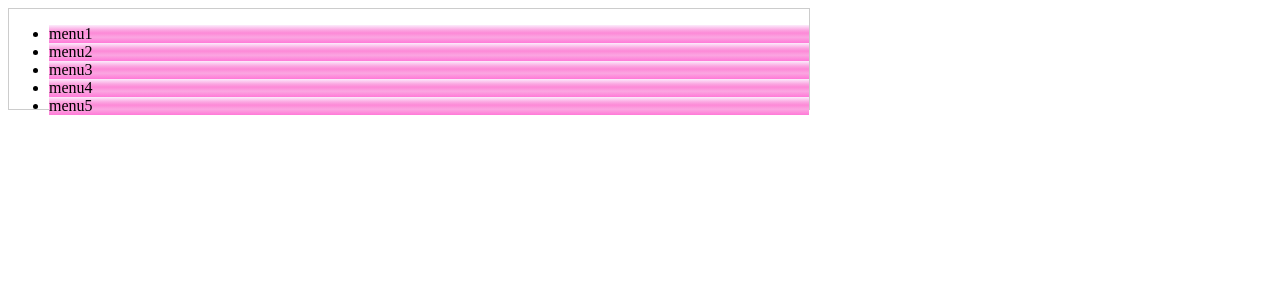
Repository: luna2222/web
Page: 01HTML5/WebContent/[11강]CSS3속성3/11_06_01.html
These files come from the project's save history. The page is drawn as it stood at one moment and after the next save; the edit follows.
The browser window is 1280 px wide. The pictures show the whole page.

Above is the page before, as saved 2019-02-21 01:03:03.

After the next save:
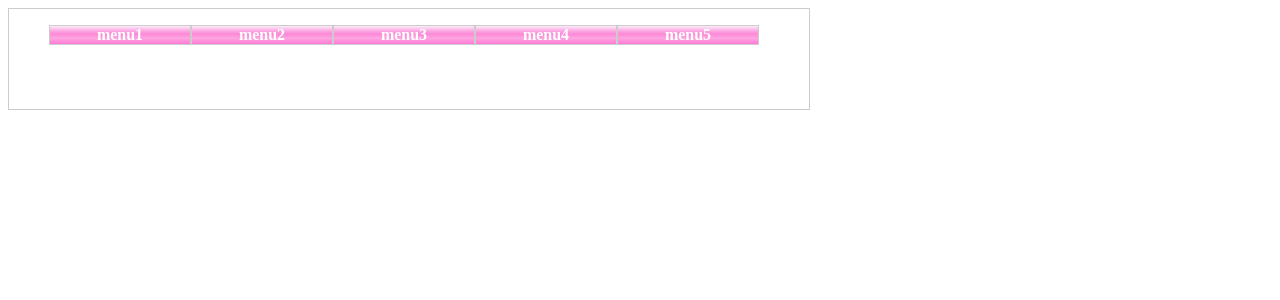
Saved 3 min 3 s later.
--- a/01HTML5/WebContent/[11강]CSS3속성3/11_06_01.html
+++ b/01HTML5/WebContent/[11강]CSS3속성3/11_06_01.html
@@ -10,6 +10,14 @@
 	border: 1px solid #cccccc;
 	}
    div ul li{
+   width:140px; height60px;
+   line-height60px;
+   list-style:none;
+   float:left;
+   border:1px solid #cccccc;
+   text-align:center;
+   color:#ffffff;
+   font-weight:bold;
 
 /* Permalink - use to edit and share this gradient: http://colorzilla.com/gradient-editor/#fcecfc+0,fba6e1+28,fd89d7+45,fba6e1+68,fba6e1+68,ff7cd8+98,ff7cd8+98 */
 background: #fcecfc; /* Old browsers */
